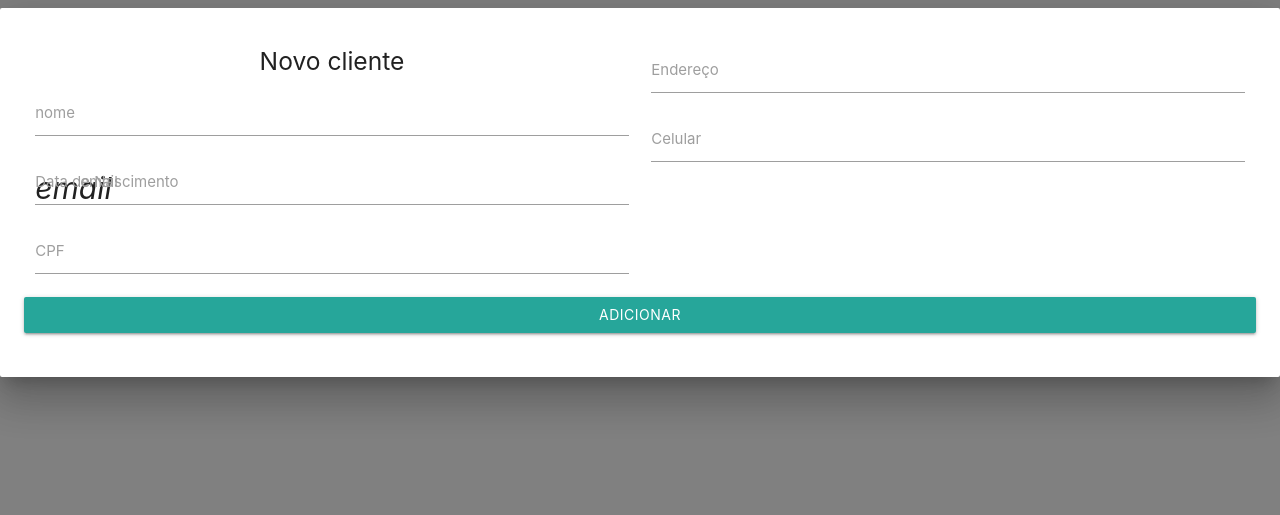
Repository: luizasilveira/TechWeb
Page: Projeto1/techWebP1/WebContent/add.html
These files come from the project's save history. The page is drawn as it stood at one moment and after the next save; the edit follows.
The browser window is 1280 px wide. The pictures show the whole page.

Above is the page before, as saved 2019-09-08 19:53:51.

### Projeto1/techWebP1/WebContent/add.html
<!DOCTYPE html>
<html>
<head>
<meta charset="ISO-8859-1">
<title>HOME</title>
<!--Import Google Icon Font-->
<link href="https://fonts.googleapis.com/icon?family=Material+Icons"
	rel="stylesheet">
<!--Import materialize.css-->
<link rel="stylesheet"
	href="https://cdnjs.cloudflare.com/ajax/libs/materialize/1.0.0/css/materialize.min.css">


<style>
body {
	background-color: grey;
}
</style>
</head>

<body>
	<form action="./AddClients" method="post">
		<div class="card-panel z-depth-5">
			<div class="row">
				<div class="col s6">
					<h5 class="center">Novo cliente</h5>
					<!--<p class="center">Join to our community now !</p>-->


					<div class="input-field">
						<input type="text" name="nome"> <label>nome</label>
					</div>

					<!--<i class="material-icons prefix">account_circle</i>-->



					<div class="input-field">
                    <i class="material-icons prefix">email</i>
                    <!--<input type="email" name="email" class="validate">-->
                    <label> email</label>
                  </div>

					<div class="input-field">
						<!--<i class="material-icons prefix">lock</i>-->
						<input type="text" name="nascimento"> <label>Data
							de Nascimento</label>
					</div>

					<div class="input-field">
						<!--<i class="material-icons prefix">vpn_key</i>-->
						<input type="text" name="CPF"> <label>CPF</label>
					</div>
				</div>

				<div class="col s6">
					<div class="input-field">
						<!--<i class="material-icons prefix">vpn_key</i>-->
						<input type="text" name="endereço"> <label>Endereço</label>
					</div>

					<div class="input-field">
						<!--<i class="material-icons prefix">vpn_key</i>-->
						<input type="text" name="celular"> <label>Celular</label>
					</div>
				</div>


				<!--<p class="right">Already have an account? <a href="#login" class="modal-trigger">login</a></p>-->
				<input type="submit" name="submit" value="Adicionar"
					class="btn left col s12">

				<div class="clearfix"></div>

			</div>
		</div>
	</form>



	<script src="https://code.jquery.com/jquery-1.12.0.min.js"></script>
	<script
		src="https://cdnjs.cloudflare.com/ajax/libs/materialize/1.0.0/js/materialize.min.js"></script>





</body>
</html>

After the next save:
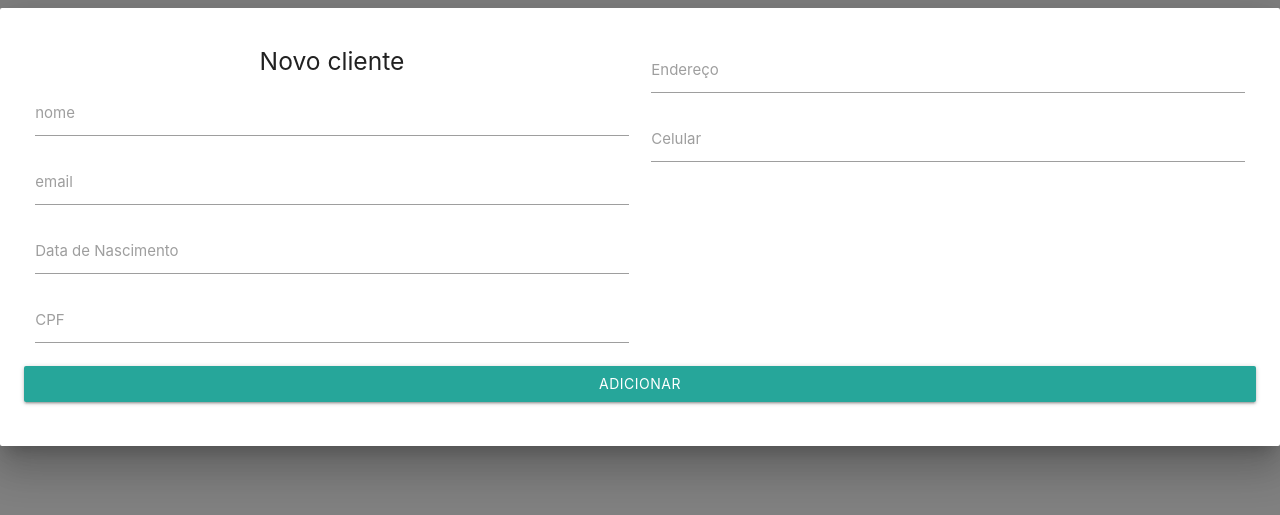
Saved 44 s later.
--- a/Projeto1/techWebP1/WebContent/add.html
+++ b/Projeto1/techWebP1/WebContent/add.html
@@ -36,8 +36,8 @@ body {
 
 
 					<div class="input-field">
-                    <i class="material-icons prefix">email</i>
-                    <!--<input type="email" name="email" class="validate">-->
+                   <!--   <i class="material-icons prefix">email</i>-->
+                    <input type="email" name="email" class="validate">
                     <label> email</label>
                   </div>
 
